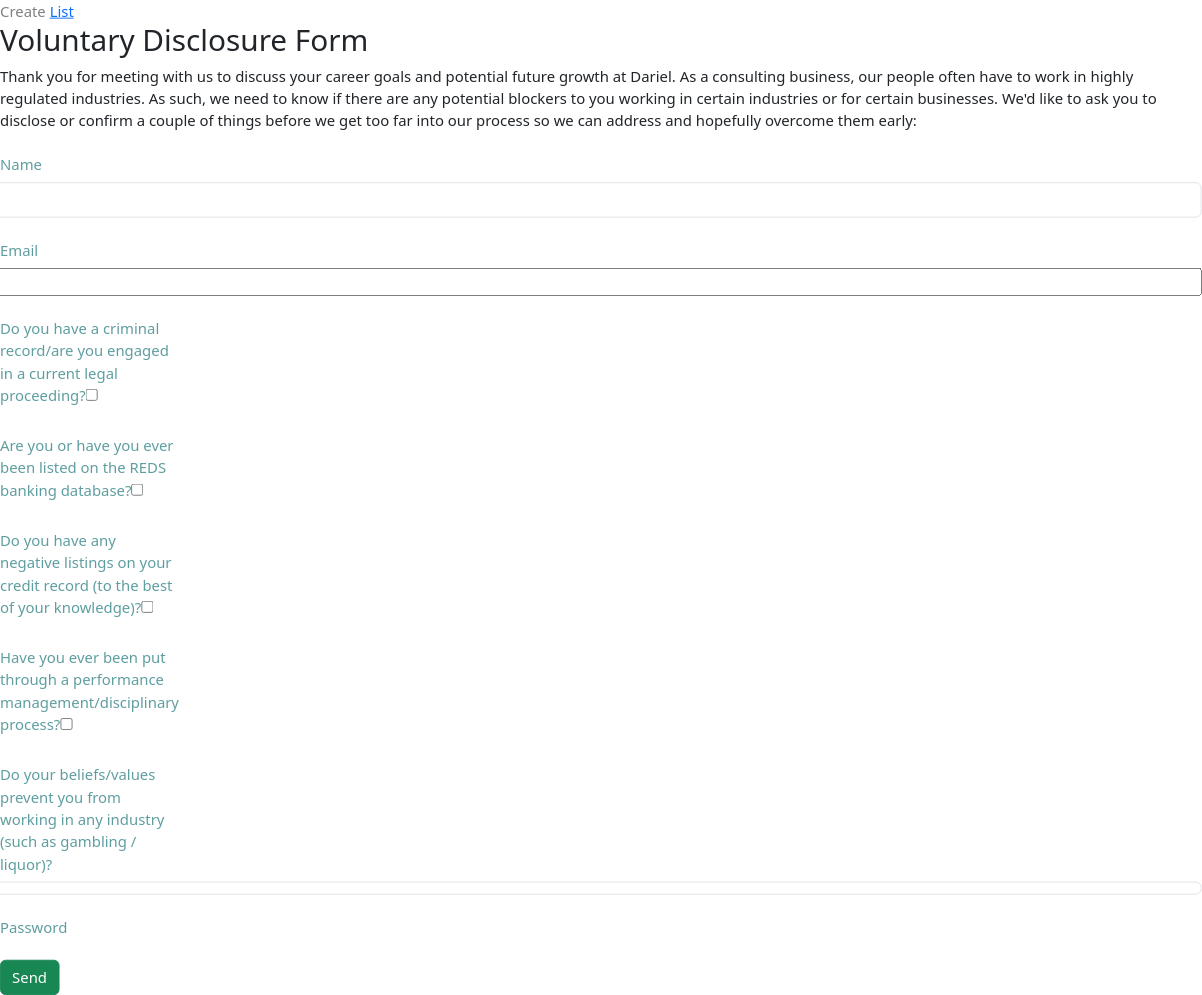
Repository: NtuthukoM/VoluntaryDisclosure
Page: / (app in disclosures-client/)
The author's editor kept a copy of each file at every save. The page is drawn from the files as they stood at one save, then again after a run of saves.
The browser window is 1280 px wide. The page is 1292 px wide, so the pictures cover 1292 px, including what lies to the right of the window. The pictures show the whole page, at 93% of full size.
The project was rebuilt for these pictures with package versions that can differ from the ones it lists, and the page was loaded fresh each time. Also part of the build but not shown: disclosures-client/src/pages/ListDisclosures.js, disclosures-client/src/pages/DisclosureDetails.js, disclosures-client/src/pages/DisclosureSubmitted.js.

Above is the page before, as saved 2023-05-30 20:45:12.

### disclosures-client/public/index.html
<!DOCTYPE html>
<html lang="en">
  <head>
    <meta charset="utf-8" />

    <meta name="viewport" content="width=device-width, initial-scale=1" />
    <meta name="theme-color" content="#000000" />
    <meta
      name="description"
      content="Web site created using create-react-app"
    />
    <link rel="apple-touch-icon" href="%PUBLIC_URL%/logo192.png" />
    <!--
      manifest.json provides metadata used when your web app is installed on a
      user's mobile device or desktop. See https://developers.google.com/web/fundamentals/web-app-manifest/
    -->
    <link rel="manifest" href="%PUBLIC_URL%/manifest.json" />
    <!--
      Notice the use of %PUBLIC_URL% in the tags above.
      It will be replaced with the URL of the `public` folder during the build.
      Only files inside the `public` folder can be referenced from the HTML.

      Unlike "/favicon.ico" or "favicon.ico", "%PUBLIC_URL%/favicon.ico" will
      work correctly both with client-side routing and a non-root public URL.
      Learn how to configure a non-root public URL by running `npm run build`.
    -->
    <title>React App</title>
  </head>
  <body>
    <noscript>You need to enable JavaScript to run this app.</noscript>
    <div id="root"></div>
    <!--
      This HTML file is a template.
      If you open it directly in the browser, you will see an empty page.

      You can add webfonts, meta tags, or analytics to this file.
      The build step will place the bundled scripts into the <body> tag.

      To begin the development, run `npm start` or `yarn start`.
      To create a production bundle, use `npm run build` or `yarn build`.
    -->
  </body>
</html>

### disclosures-client/src/index.js
import React from 'react';
import ReactDOM from 'react-dom/client';
import './bootstrap.css';
// import './index.css';
import App from './App';
import reportWebVitals from './reportWebVitals';

const root = ReactDOM.createRoot(document.getElementById('root'));
root.render(
  <React.StrictMode>
    <App />
  </React.StrictMode>
);

// If you want to start measuring performance in your app, pass a function
// to log results (for example: reportWebVitals(console.log))
// or send to an analytics endpoint. Learn more: https://bit.ly/CRA-vitals
reportWebVitals();

### disclosures-client/src/App.js
import logo from './logo.svg';
import {CreateDisclosures} from './pages/CreateDisclosure';
import {ListDisclosures} from './pages/ListDisclosures';
import {DisclosureDetails} from './pages/DisclosureDetails';
import {DisclosureSubmitted} from './pages/DisclosureSubmitted';
import { BrowserRouter, Routes, Route } from "react-router-dom";
import './App.css';

function App() {
  return (

      <BrowserRouter>
        <Routes>
          <Route path="/" element={<CreateDisclosures/>} />
          <Route path="/list" element={<ListDisclosures/>} />
          <Route path="/submitted" element={<DisclosureSubmitted/>} />
          <Route path="/details/:id" element={<DisclosureDetails/>} />
        </Routes>
      </BrowserRouter>
  );
}

export default App;

### disclosures-client/src/pages/CreateDisclosure.js
import { useState } from "react";
import { discloseUrl} from '../models/models';
import { Nav} from "../components/nav";
import { redirect } from "react-router-dom";

export function CreateDisclosures(){
    const [fullName, setFullName] = useState('');
    const [email, setEmail] = useState('');
    const [criminalRecord, setCriminalRecord] = useState(false);
    const [redsBankingDbListed, setRedsBankingDbListed] = useState(false);
    const [negativeCreditListing, setNegativeCreditListing] = useState(false);
    const [performanceManagementPlaced, setPerformanceManagementPlaced] = useState(false);
    const [ethicalIndustringRestriction, setEthicalIndustringRestriction] = useState(false);
    const [submitting, setSubmitting] = useState(false);

    function onFormSubmit(e){
        e.preventDefault();
        setSubmitting(true);
        let model = {
            fullName: fullName,
            email: email,
            criminalRecord: criminalRecord,
            redsBankingDbListed: redsBankingDbListed,
            negativeCreditListing: negativeCreditListing,
            performanceManagementPlaced: performanceManagementPlaced,
            ethicalIndustringRestriction: ethicalIndustringRestriction
        }
        const ops = {
            method: 'POST',
            headers: {
                "Content-Type": "application/json",
                // 'Content-Type': 'application/x-www-form-urlencoded',
              },
              redirect: "follow", // manual, *follow, error
              referrerPolicy: "no-referrer", // no-referrer, *no-referrer-when-downgrade, origin, origin-when-cross-origin, same-origin, strict-origin, strict-origin-when-cross-origin, unsafe-url
              body: JSON.stringify(model), // body data type must match "Content-Type" header
        };
        const response = fetch(discloseUrl, ops)
        .then(() => {
            setSubmitting(false);
            console.log('redirecting');
           return redirect("/submitted");
        }).catch(exc => console.log(`error ${exc}`));
    }
    return (
        <>
            <Nav />
            <h2>Voluntary Disclosure Form</h2>
            <p>
                Thank you for meeting with us to discuss your career goals and potential future growth at Dariel.
                As a consulting business, our people often have to work in highly regulated industries.
                As such, we need to know if there are any potential blockers to you working in certain industries or for certain businesses.
                We'd like to ask you to disclose or confirm a couple of things before we get too far into our process so we can address and hopefully overcome them early:
            </p>
            <form onSubmit={onFormSubmit}>


            <div  className="mb-3 row">
                <label className="col-sm-2 col-form-label">
                    Name
                </label>
                    <input className="form-control" type="text" value={fullName} onChange={(e) => setFullName(e.target.value) } disabled={submitting} />
            </div>

            <div className="mb-3 row">
                <label className="col-sm-2 col-form-label">
                    Email
                </label>
                    <input type="text" value={email} onChange={e => setEmail(e.target.value)} disabled={submitting}  />
            </div>


            <div className="mb-3 row">
                <label className="col-sm-2 col-form-label">
                    Do you have a criminal record/are you engaged in a current legal proceeding?
                    <input type="checkbox" value={criminalRecord} onChange={e => {
                        setCriminalRecord(!criminalRecord);
                        }}  disabled={submitting} />
                </label>
            </div>
            <div className="mb-3 row">
                <label className="col-sm-2 col-form-label">
                Are you or have you ever been listed on the REDS banking database?
                    <input type="checkbox"  value={redsBankingDbListed} onChange={e => {
                        setRedsBankingDbListed(!redsBankingDbListed);
                        }}  disabled={submitting} />
                </label>
            </div>
            <div className="mb-3 row">
                <label className="col-sm-2 col-form-label">
                Do you have any negative listings on your credit record (to the best of your knowledge)?
                    <input type="checkbox"  value={negativeCreditListing} onChange={e => {
                        setNegativeCreditListing(!negativeCreditListing);
                        }}  disabled={submitting} />
                </label>
            </div>
            <div className="mb-3 row">
                <label className="col-sm-2 col-form-label">
                Have you ever been put through a performance management/disciplinary process?
                    <input type="checkbox"  value={performanceManagementPlaced} onChange={e => {
                        setPerformanceManagementPlaced(!performanceManagementPlaced);
                        }}  disabled={submitting} />
                </label>
            </div>
            <div className="mb-3 row">
                <label className="col-sm-2 col-form-label">
                Do your beliefs/values prevent you from working in any industry (such as gambling / liquor)?
                </label>
                    <input type="checkbox" className="form-control"  value={ethicalIndustringRestriction} onChange={e => {
                        setEthicalIndustringRestriction(!ethicalIndustringRestriction);
                        }}  disabled={submitting} />
            </div>
            <div className="mb-3 row">
    <label for="inputPassword" className="col-sm-2 col-form-label">Password</label>
    <div className="col-sm-10">

    </div>
  </div>
            <div>
                <button className="btn btn-success" disabled={submitting}>Send</button>
            </div>
             </form>
        </>
    );
}

### disclosures-client/src/App.css
.App {
  text-align: center;
}

.active {
  color: gray;
  text-decoration: none;
  cursor: default;
}

label {
  color: cadetblue;
}

.App-logo {
  height: 40vmin;
  pointer-events: none;
}

@media (prefers-reduced-motion: no-preference) {
  .App-logo {
    animation: App-logo-spin infinite 20s linear;
  }
}

.App-header {
  background-color: #282c34;
  min-height: 100vh;
  display: flex;
  flex-direction: column;
  align-items: center;
  justify-content: center;
  font-size: calc(10px + 2vmin);
  color: white;
}

.App-link {
  color: #61dafb;
}

@keyframes App-logo-spin {
  from {
    transform: rotate(0deg);
  }
  to {
    transform: rotate(360deg);
  }
}

### disclosures-client/src/models/models.js
export const discloseUrl = 'https://localhost:7163/api/Disclosures';

### disclosures-client/src/components/nav.js
import {NavLink} from "react-router-dom"

export function Nav(){
    return (
        <>
            <nav>
                <NavLink to="/" className={({isActive}) => isActive ? "active" : "go-to"}>Create </NavLink>
                <NavLink to="/list" className={({isActive}) => isActive ? "active" : ""}>List </NavLink>
            </nav>
        </>
    )
}

Loaded but not shown: disclosures-client/src/bootstrap.css (library); disclosures-client/src/reportWebVitals.js (common file)

After the next 3 saves:
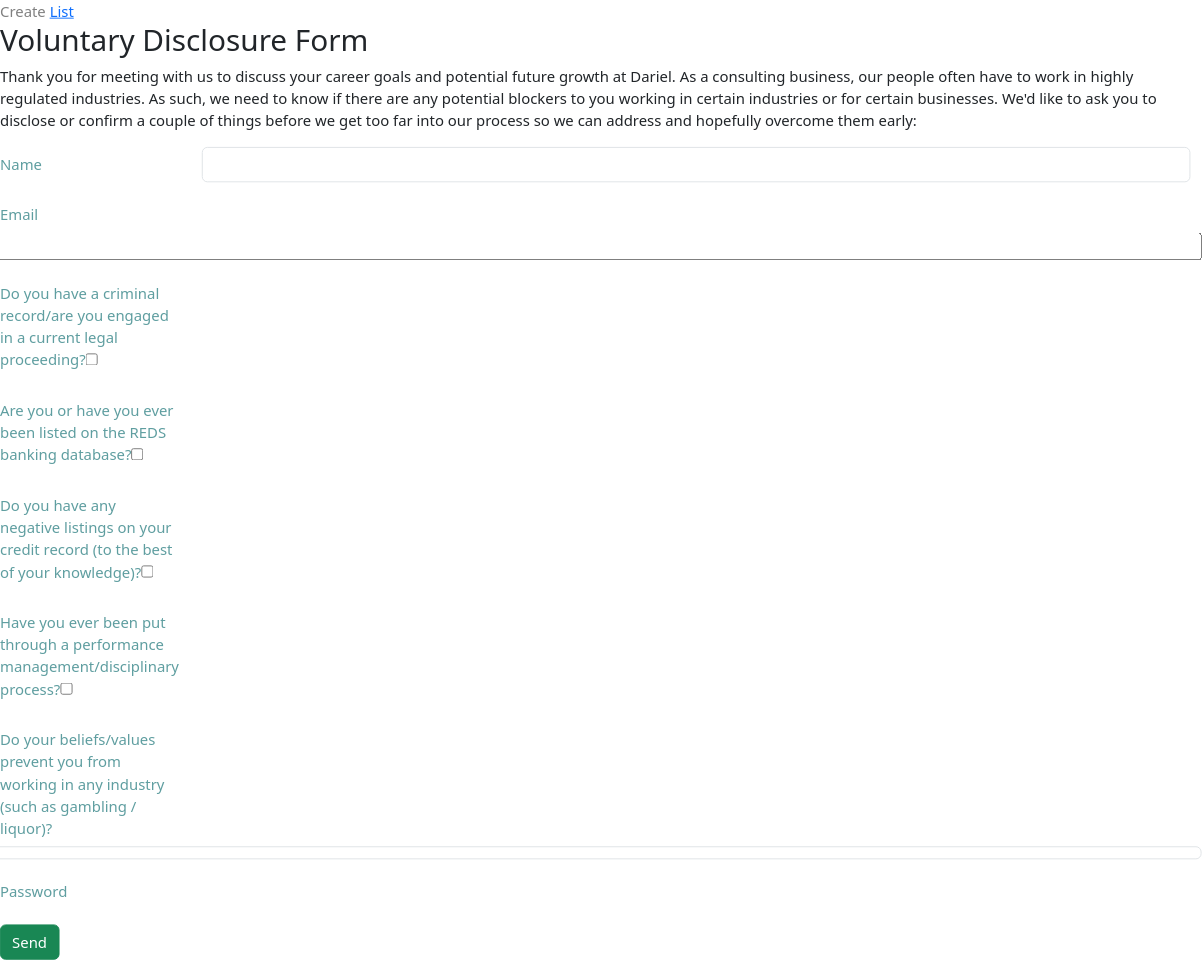
The 3 saves are shown as one change because they came seconds apart.
The last was saved 31 s later.
--- a/disclosures-client/src/pages/CreateDisclosure.js
+++ b/disclosures-client/src/pages/CreateDisclosure.js
@@ -59,7 +59,10 @@ export function CreateDisclosures(){
                 <label className="col-sm-2 col-form-label">
                     Name
                 </label>
+                <div className="col-sm-10">
+
                     <input className="form-control" type="text" value={fullName} onChange={(e) => setFullName(e.target.value) } disabled={submitting} />
+      </div>
             </div>
 
             <div className="mb-3 row">
